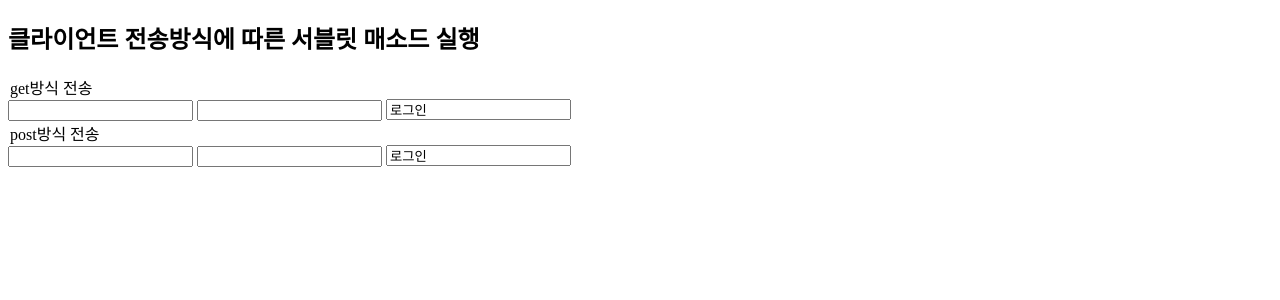
Repository: Jiwon-cho/WASPractice
Page: 02_servletdata/web/index.html
The author's editor kept a copy of each file at every save. The page is drawn from the files as they stood at one save, then again after the next save.
The browser window is 1280 px wide. The pictures show the whole page.

Above is the page before, as saved 2021-04-30 07:59:06.

### 02_servletdata/web/index.html
<!DOCTYPE html>
<html>
<head>
<meta charset="UTF-8">
<title>Insert title here</title>
</head>
<body>
	<h2>클라이언트 전송방식에 따른 서블릿 매소드 실행</h2>
	<filedset>
		<legend>get방식 전송</legend>
		<form action="" method="get">
		<input type="text" name="userId">
		<input type="password" name="password">
		<input type="submig" value="로그인">
		</form>
	</filedset>
	<filedset>
		<legend>post방식 전송</legend>
		<form action="" method="post">
		<input type="text" name="userId">
		<input type="password" name="password">
		<input type="submig" value="로그인">
		</form>
	</filedset>
</body>
</html>

After the next save:
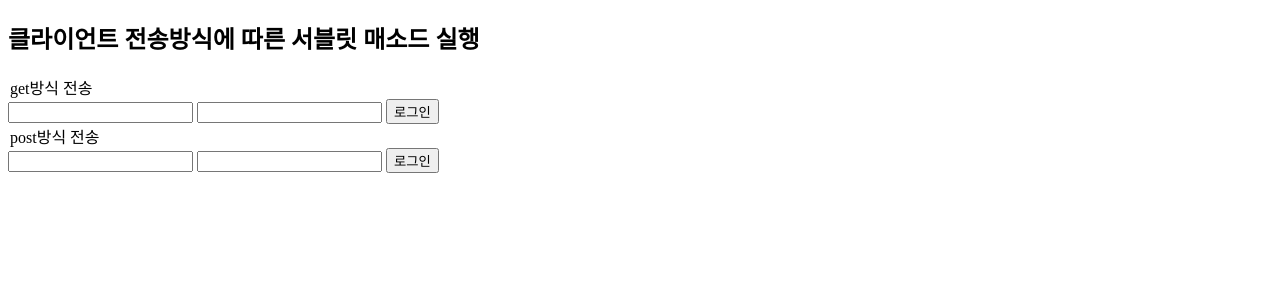
Saved 2 min 21 s later.
--- a/02_servletdata/web/index.html
+++ b/02_servletdata/web/index.html
@@ -11,7 +11,7 @@
 		<form action="" method="get">
 		<input type="text" name="userId">
 		<input type="password" name="password">
-		<input type="submig" value="로그인">
+		<input type="submit" value="로그인">
 		</form>
 	</filedset>
 	<filedset>
@@ -19,7 +19,7 @@
 		<form action="" method="post">
 		<input type="text" name="userId">
 		<input type="password" name="password">
-		<input type="submig" value="로그인">
+		<input type="submit" value="로그인">
 		</form>
 	</filedset>
 </body>
